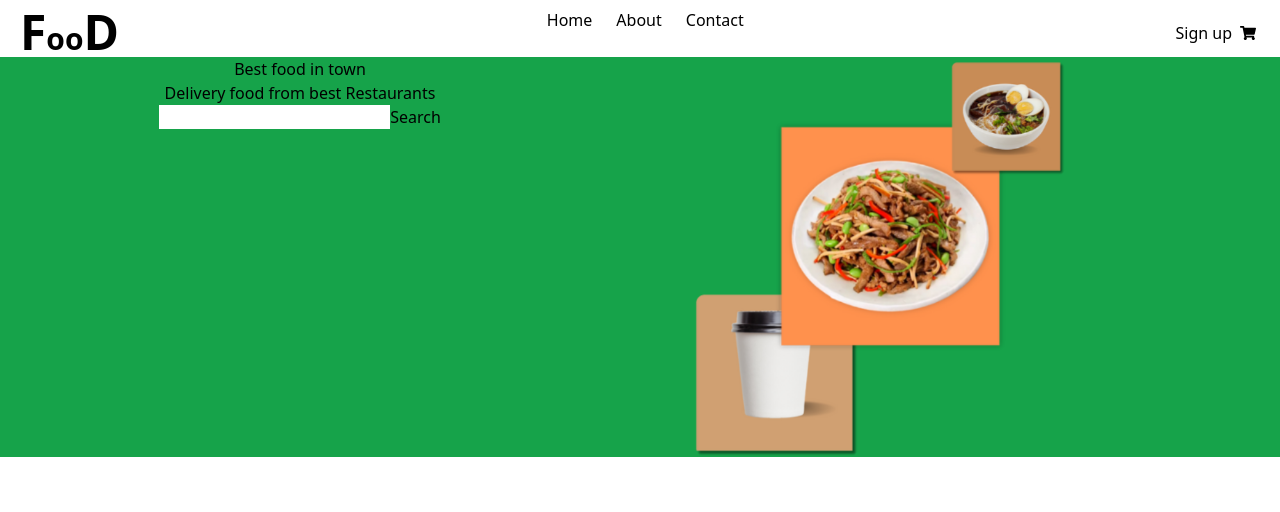
Repository: KhushiCode14/FoodWeb
Page: /
An editor plug-in stored every save of this project. The page is shown before and after the next save, followed by the edit.
The browser window is 1280 px wide. The pictures show the whole page.
The project was rebuilt for these pictures with package versions that can differ from the ones it lists, and the page was loaded fresh each time. Also part of the build but not shown: src/components/Home/SignUp.tsx, src/components/Home/SignIn.tsx.

Above is the page before, as saved 2024-09-19 19:07:43.

After the next save:
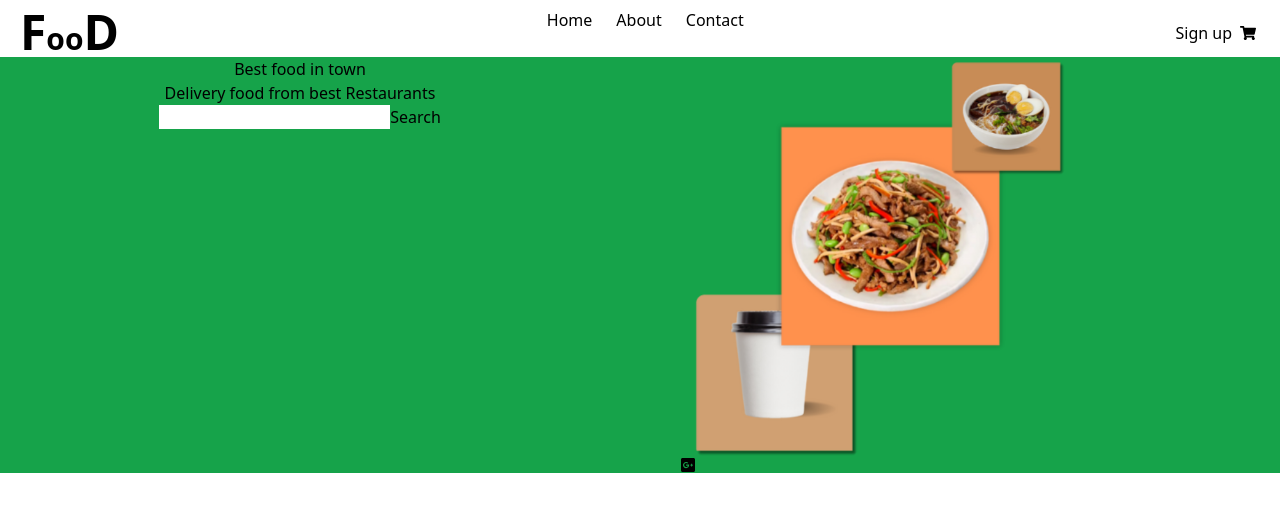
Saved 30 s later.
--- a/src/Pages/Home.tsx
+++ b/src/Pages/Home.tsx
@@ -1,4 +1,5 @@
 
+import { FaGooglePlusSquare } from "react-icons/fa"
 import food from "../components/images/food.png"
 const Home: React.FC = () => {
   return (
@@ -13,6 +14,7 @@ const Home: React.FC = () => {
       </div>
       <div className="w-1/2 items-center justify-center" >
         <img src={food} alt="logo" width={400} />
+        <FaGooglePlusSquare/>
       </div>
     </div>
   )
